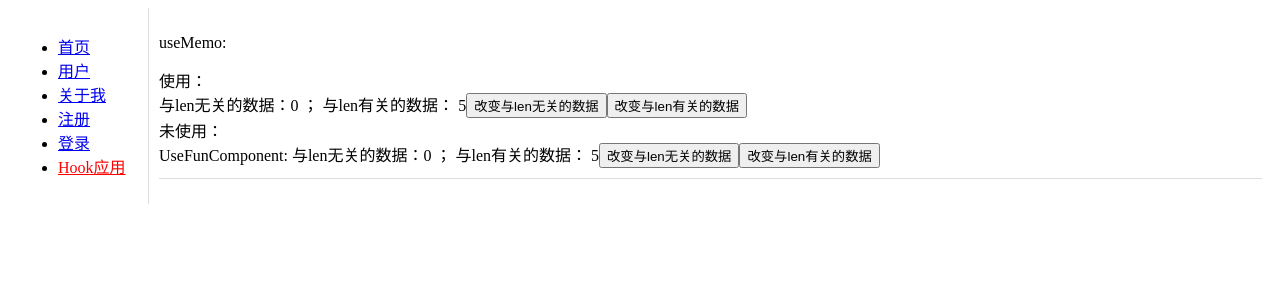
Repository: shellingfordly/js-library-Demo
Page: /hook (app in demo/react/demo/)
The author's editor kept a copy of each file at every save. The page is drawn from the files as they stood at one save, then again after the next save.
The browser window is 1280 px wide. The pictures show the whole page.
The project was rebuilt for these pictures with package versions that can differ from the ones it lists, and the page was loaded fresh each time. Also part of the build but not shown: demo/react/demo/src/views/home/components/UseReducer.js, demo/react/demo/src/views/home/components/SetTimeout.js, demo/react/demo/src/views/home/hook/context.js, demo/react/demo/src/views/home/components/context/useContext.js, demo/react/demo/src/views/home/components/context/contextType.js, demo/react/demo/src/views/home/components/context/consumer.js, demo/react/demo/src/views/home/utils/highComponent.js, demo/react/demo/src/views/home/Home.js and 12 more.

Above is the page before, as saved 2021-01-17 23:10:58.

### demo/react/demo/src/index.js
import React from 'react';
import ReactDOM from 'react-dom';
import './index.css';
import App from './App';
import reportWebVitals from './reportWebVitals';
import {BrowserRouter as Route} from 'react-router-dom'

ReactDOM.render(
  <React.StrictMode>
    <Route>
      <App />
    </Route>
  </React.StrictMode>,
  document.getElementById('root')
);

// If you want to start measuring performance in your app, pass a function
// to log results (for example: reportWebVitals(console.log))
// or send to an analytics endpoint. Learn more: https://bit.ly/CRA-vitals
reportWebVitals();

### demo/react/demo/src/App.js

import './App.scss'
import { Component } from 'react'
import { NavLink, Route, Switch, Redirect } from 'react-router-dom'
import Home from './views/home/Home'
import About from './views/about/About'
import Register from './views/Register'
import User from './views/User'
import Login from './views/Login'
import store from './store'
import { userLogout } from './store/actions'
import Hook from './views/HookComponent'

export default class App extends Component {

  state = {
    isShow: false
  }

  componentDidMount() {
    store.subscribe(() => {
      const data = store.getState()
      this.setState({ isShow: data.isLogin })
    })
  }

  logout = () => {
    store.dispatch(userLogout())
  }


  render() {

    return (
      <div className="app">
        <div className="nav">
          <ul>
            <li>
              <NavLink to='/home'>首页</NavLink>
            </li>
            <li>
          <NavLink to='/user'>用户</NavLink>
            </li>
            <li>
          <NavLink to='/about'>关于我</NavLink>
            </li>
            <li>
          <NavLink to='/register'>注册</NavLink>
            </li>
            <li>
          <NavLink to='/login'>登录</NavLink>
            </li>
            <li>
          <NavLink to='/hook'>Hook应用</NavLink>
            </li>
          </ul>

        </div>
        <div className="content">
          <Switch>
            <Route path="/home" component={Home}></Route>
            <Route path="/user" component={User}></Route>
            <Route path="/about" component={About}></Route>
            <Route path="/register" component={Register}></Route>
            <Route path="/login" component={Login}></Route>
            <Route path="/hook" component={Hook}></Route>
            <Redirect to="/login"></Redirect>
          </Switch>
        </div>
      </div>


    )
  }
};

### demo/react/demo/src/App.scss
.app {
  // width: 80%;
  margin: auto;
  display: flex;

  .nav {
    width: 120px;
    padding: 10px;
    border-right: 1px solid #ddd;

    a {
      display: inline;
      width: 100%;
    }

    .active {
      color: red;
    }
  }

  .content {
    flex:1;
    padding: 10px;
    // display: flex;
    // justify-content: space-around;

    .login {
      .label {
        display: inline-block;
        width: 70px;
      }
      .btn {
        padding-top: 10px;
        text-align: center;

        button:first-child {
          margin-right: 10px;
        }
      }
    }
  }
}

.show {
  display: block;
}
.hide {
  display: none;
}

.b-line {
  padding-bottom: 10px;
  border-bottom: 1px solid #ddd;
}

### demo/react/demo/src/store/index.js
import {createStore, applyMiddleware}  from 'redux'
import thunk from 'redux-thunk'
import  rootReducer from './combineReducer'

export default createStore(rootReducer, applyMiddleware(thunk))

### demo/react/demo/src/store/actions.js
export function saveUser(data){
  return {
    type: 'SAVE',
    data
  }
}

export function getUser(data){
  return {
    type: 'GET',
    data
  }
}

export function userLogin(){
  return {
    type: 'LOGIN',
  }
}

export function userLogout(){
  return {
    type: 'LOGOUT',
  }
}

### demo/react/demo/src/views/HookComponent/index.js

import { UseMemoComponent, UseFunComponent } from './components/useMemo'

export default function HookComponent() {
  return (
    <div>
      <div className="b-line">
        <p>useMemo: </p>
        使用：<UseMemoComponent  />
        未使用：<UseFunComponent/>
      </div>
    </div>
  )
}

### demo/react/demo/src/store/combineReducer.js
import { combineReducers } from 'redux';

import * as reducer from './reducer';


const rootReducer = combineReducers({
  ...reducer
})

export default rootReducer;

### demo/react/demo/src/views/HookComponent/components/useMemo.js
import { useMemo, useState } from 'react'

export function UseFunComponent() {
  let [len, setLen] = useState(5)
  let [other, setOther] = useState(0)

  function sum() {
    console.log("UseFunComponent");
    let count = 0
    for (let i = 1; i <= len; i++) {
      count++
    }
    return count
  }

  return (
    <div>
      UseFunComponent:
      与len无关的数据：{other} ； 与len有关的数据： {sum()}
      <button onClick={() => { setOther(other++) }}>改变与len无关的数据</button>
      <button onClick={() => { setLen(len++) }}>改变与len有关的数据</button>
    </div>
  )
}

export function UseMemoComponent() {
  let [len, setLen] = useState(5)
  let [other, setOther] = useState(0)

  const sum = useMemo(() => {
    console.log("UseMemoComponent");
    let count = 0
    for (let i = 1; i <= len; i++) {
      count++
    }
    return count
  }, [len])

  return (
    <div>
      与len无关的数据：{other} ； 与len有关的数据： {sum}
      <button onClick={() => { setOther(other++) }}>改变与len无关的数据</button>
      <button onClick={() => { setLen(len++) }}>改变与len有关的数据</button>
    </div>
  )
}

### demo/react/demo/src/store/reducer.js
const user_info = {
  username: '',
  password: '',
}

export function user(state = user_info, actions) {
  switch (actions.type) {
    case "SAVE":
      localStorage.setItem('user_info', JSON.stringify(actions.data))
      return { status: true, msg: '登录成功！' }
    case "GET":
      const hasUser = localStorage.getItem('user_info')
      if (hasUser) return { status: true, data: user, msg: '已登录！' }
      else return { status: false, msg: '未登录！' }
    default: return state
  }
}


export function isLogin(state = false, actions) {
  const hasUser = localStorage.getItem('user_info')
  switch (actions.type) {
    case "LOGIN":
      if (hasUser) return true
      else return false
    case "LOGOUT":
      if (hasUser) localStorage.removeItem('user_info')
      return false
    default: return state
  }
}

Loaded but not shown: demo/react/demo/public/index.html (common file); demo/react/demo/src/reportWebVitals.js (common file); demo/react/demo/src/index.css (no stored copy; drawn as an empty file)

After the next save:
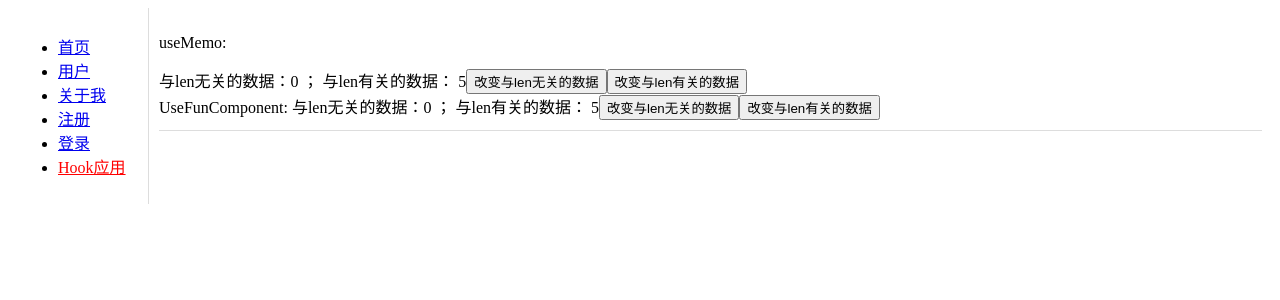
Saved 17 s later.
--- a/demo/react/demo/src/views/HookComponent/index.js
+++ b/demo/react/demo/src/views/HookComponent/index.js
@@ -6,8 +6,8 @@ export default function HookComponent() {
     <div>
       <div className="b-line">
         <p>useMemo: </p>
-        使用：<UseMemoComponent  />
-        未使用：<UseFunComponent/>
+        <UseMemoComponent />
+        <UseFunComponent />
       </div>
     </div>
   )
